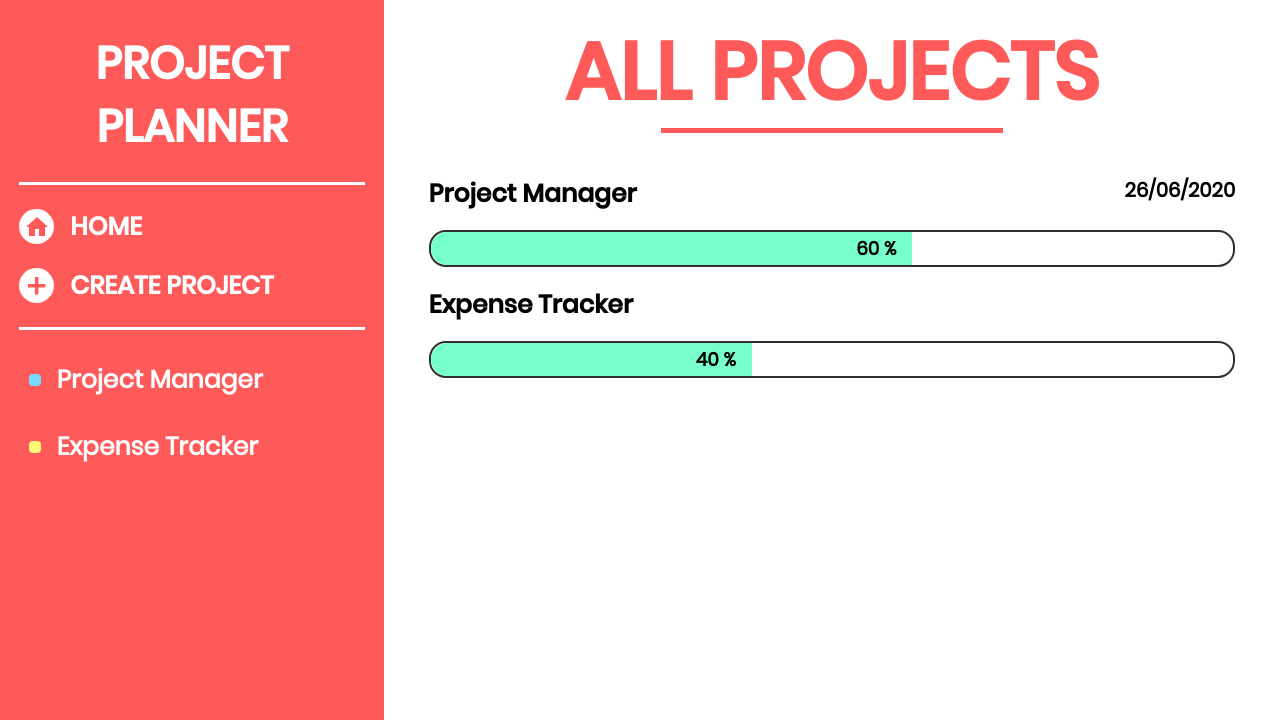
Repository: AzharMoosa/project-manager
Page: /
These files come from the project's save history. The page is drawn as it stood at one moment and after the next save; the edit follows.
The browser window is 1280 px wide. The pictures show the whole page.
The project was rebuilt for these pictures with package versions that can differ from the ones it lists, and the page was loaded fresh each time.

Above is the page before, as saved 2020-06-22 11:10:43.

After the next save:
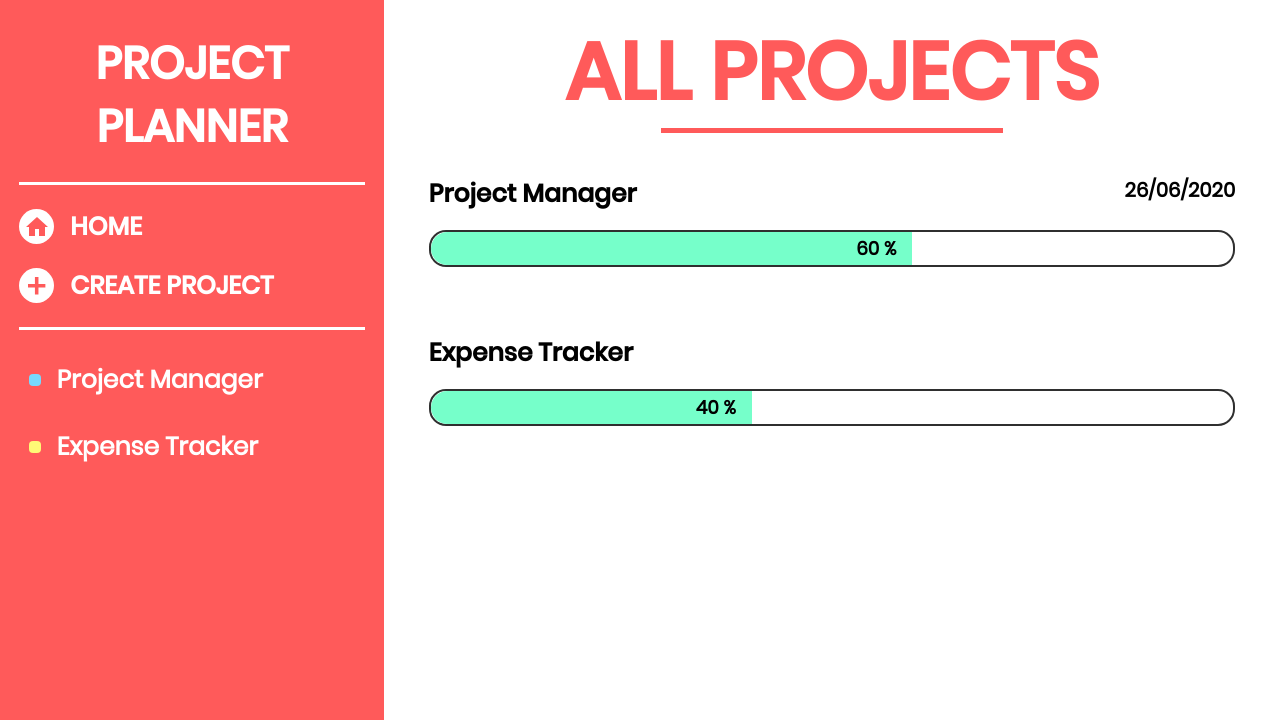
Saved 25 s later.
--- a/src/App.css
+++ b/src/App.css
@@ -162,7 +162,7 @@ body {
   background-color: #fff;
   border: 2px solid #2f2f2f;
   border-radius: 17px;
-  margin: 0 auto;
+  margin: 0 auto 3rem auto;
 }
 
 .progressbar > div {
